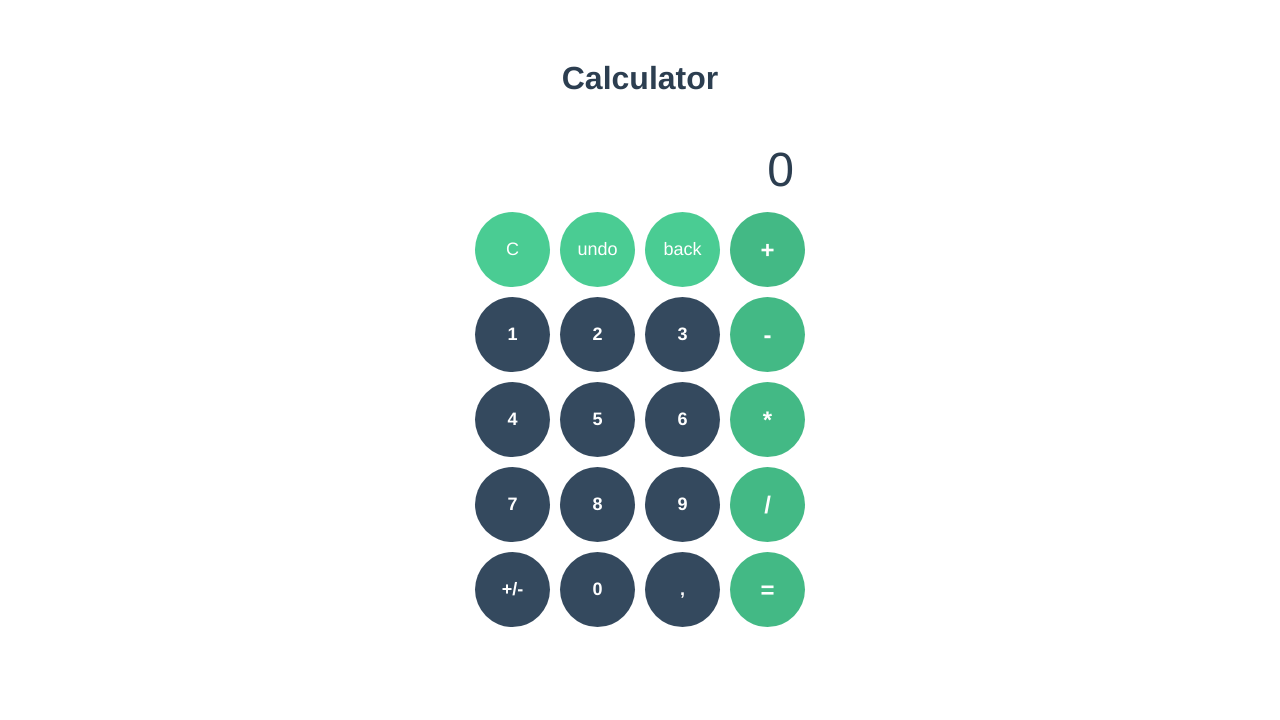
Repository: YuriBendzo/CalculatorVue
Page: /
An editor plug-in stored every save of this project. The page is shown before and after the next save, followed by the edit.
The browser window is 1280 px wide. The pictures show the whole page.
The project was rebuilt for these pictures with package versions that can differ from the ones it lists, and the page was loaded fresh each time. Also part of the build but not shown: vue.config.js.

Above is the page before, as saved 2022-08-23 13:57:48.

### src/router/index.js
import { createRouter, createWebHashHistory } from "vue-router";

import HomePage from "@/views/HomePage";

const routes = [{ path: "/", component: HomePage, name: "home" }];

const router = createRouter({
  history: createWebHashHistory(),
  routes,
});

export default router;

### src/store/index.js
import { createStore } from "vuex";

const store = createStore({
  state: {
    calculations: [
      { firstNumber: 0, operator: "+", secondNumber: 0, answer: 0 },
    ],
    calcHistory: [],
  },
  getters: {
    lastAnswer: (state) => {
      return state.calculations[state.calculations.length - 1].answer;
    },
    calcHistory: (state) => {
      return state.calcHistory;
    },
  },
  mutations: {
    PUSH_TO_LOG(state, calculation) {
      state.calculations.push(calculation);
      state.calcHistory.push(calculation.answer);
      console.log(state.calcHistory);
    },
  },
  actions: {
    calculate({ commit }, { firstNumber, operator, secondNumber }) {
      if (operator === null) {
        operator = "+";
      }

      let answer;
      switch (operator) {
        case "+":
          answer = firstNumber + secondNumber;
          break;
        case "-":
          answer = firstNumber - secondNumber;
          break;
        case "x":
          answer = firstNumber * secondNumber;
          break;
        case "/":
          answer = firstNumber / secondNumber;
          break;
      }

      if (answer !== 0 && !parseFloat(answer)) {
        console.log("Unable to calculate...");
        return Promise.reject(new Error("Not a number"));
      }

      const calc = {
        firstNumber: firstNumber,
        operator: operator,
        secondNumber: secondNumber,
        answer: answer,
      };

      console.log(calc);

      commit("PUSH_TO_LOG", calc);
    },
  },
});

export default store;

### src/views/HomePage/index.vue
<template>
  <div>
    <h1>Calculator</h1>
    <calculator-comp />
  </div>
</template>

<script>
import CalculatorComp from "@/components/CalculatorComp.vue";
export default {
  name: "HomePage",
  components: {
    CalculatorComp,
  },
};
</script>

<style lang="scss" scoped></style>

### src/components/CalculatorComp.vue
<template>
  <div class="container">
    <div class="calculator__container">
      <p class="display">{{ this.displayValue }}</p>
      <div class="button__grid">
        <!-- first row -->
        <button
          class="calculator__btn function-button"
          @click="this.clearCalculator"
        >
          C
        </button>
        <button
          class="calculator__btn function-button"
          @click="this.useLastAnswer"
        >
          undo
        </button>
        <button class="calculator__btn function-button" @click="backspace">
          back
        </button>
        <button
          class="calculator__btn operation-button"
          :class="{ 'operation-button-selected': operator === '+' }"
          @click="applyOperator('+')"
        >
          +
        </button>
        <!-- second row -->
        <button class="calculator__btn" @click="this.appendToDisplay('1')">
          1
        </button>
        <button class="calculator__btn" @click="this.appendToDisplay('2')">
          2
        </button>
        <button class="calculator__btn" @click="this.appendToDisplay('3')">
          3
        </button>
        <button
          class="calculator__btn operation-button"
          :class="{ 'operation-button-selected': operator === '-' }"
          @click="applyOperator('-')"
        >
          -
        </button>
        <!-- third row -->
        <button class="calculator__btn" @click="this.appendToDisplay('4')">
          4
        </button>
        <button class="calculator__btn" @click="this.appendToDisplay('5')">
          5
        </button>
        <button class="calculator__btn" @click="this.appendToDisplay('6')">
          6
        </button>
        <button
          class="calculator__btn operation-button"
          :class="{ 'operation-button-selected': operator === 'x' }"
          @click="applyOperator('x')"
        >
          *
        </button>
        <!-- fourth row -->
        <button class="calculator__btn" @click="this.appendToDisplay('7')">
          7
        </button>
        <button class="calculator__btn" @click="this.appendToDisplay('8')">
          8
        </button>
        <button class="calculator__btn" @click="this.appendToDisplay('9')">
          9
        </button>
        <button
          class="calculator__btn operation-button"
          :class="{ 'operation-button-selected': operator === '/' }"
          @click="applyOperator('/')"
        >
          /
        </button>
        <!-- fifth row -->
        <button class="calculator__btn" @click="this.invertDisplayValue">
          +/-
        </button>
        <button class="calculator__btn" @click="this.appendToDisplay('0')">
          0
        </button>
        <button class="calculator__btn" @click="this.appendToDisplay('.')">
          ,
        </button>
        <button
          class="calculator__btn operation-button"
          @click="this.equalsButton"
        >
          =
        </button>
      </div>
    </div>
  </div>
</template>

<script>
import { mapGetters } from "vuex";
export default {
  name: "CalculatorComp",
  data() {
    return {
      displayValue: 0,
      operator: null,
      firstNumber: 0,
      secondNumber: 0,
      clearDisplayNext: false,
      count: 0,
    };
  },
  computed: {
    ...mapGetters(["calcHistory"]),

    calculations() {
      return this.$store.state.calculations;
    },
    lastAnswer() {
      return this.$store.getters.lastAnswer;
    },
  },
  methods: {
    appendToDisplay(char) {
      if (this.clearDisplayNext) {
        this.clearDisplay();
      }

      if (char == "." && this.displayValue.includes(".")) {
        return;
      }

      if (this.displayValue == "0" && char != ".") {
        this.displayValue = char;
      } else {
        this.displayValue += char;
      }
    },
    backspace() {
      if (this.clearDisplayNext) {
        this.clearDisplay();
      }

      this.displayValue = (this.displayValue + "").slice(0, -1);

      if ((this.displayValue + "").length === 0 || this.displayValue == "-") {
        this.clearDisplay();
      }
    },
    clearDisplay() {
      this.displayValue = 0;
      this.clearDisplayNext = false;
    },
    clearCalculator() {
      this.clearDisplay();
      this.clearCalculation();
    },
    clearCalculation() {
      this.operator = null;
      this.firstNumber = 0;
      this.secondNumber = 0;
    },
    invertDisplayValue() {
      if (this.clearDisplayNext) {
        this.clearDisplay();
      }

      if (this.displayValue.startsWith("-")) {
        this.displayValue = this.displayValue.slice(
          1,
          this.displayValue.length
        );
      } else {
        this.displayValue = "-" + this.displayValue;
      }
    },
    applyOperator(operator) {
      const operatorExist = this.operator !== null;
      const currentNumber = parseFloat(this.displayValue);

      if (!operatorExist) {
        this.clearDisplay();
        this.firstNumber = currentNumber;
        this.operator = operator;
      } else {
        this.secondNumber = currentNumber;
        this.calculate();
        this.firstNumber = this.lastAnswer;
        this.operator = operator;
        this.clearDisplayNext = true;
      }
    },
    equalsButton() {
      this.secondNumber = parseFloat(this.displayValue);
      this.calculate();
      this.clearCalculation();
      this.clearDisplayNext = true;
    },
    calculate() {
      this.$store
        .dispatch("calculate", {
          firstNumber: this.firstNumber,
          secondNumber: this.secondNumber,
          operator: this.operator,
        })
        .then(() => {
          this.displayValue = this.lastAnswer;
        })
        .catch((error) => {
          this.displayValue = error;
          this.clearDisplayNext = true;
        });
    },
    useLastAnswer() {
      console.log(this.calcHistory);
      this.count--;
      // if (this.calcHistory.length === 0) {
      //   this.displayValue = 0;
      if (this.calcHistory.length + this.count >= 0) {
        this.displayValue =
          this.calcHistory[this.calcHistory.length + this.count];
        console.log(this.displayValue);
      } else {
        this.displayValue = 0;
      }
    },
  },
};
</script>

<style lang="scss" scoped>
.calculator {
  &__container {
    padding: 8px;
    margin: auto;
    width: 340px;
  }
  &__btn {
    height: 75px;
    background-color: #34495e;
    border: none;
    color: #fff;
    font-family: Avenir, Helvetica, Arial, sans-serif;
    font-size: 18px;
    -webkit-font-smoothing: antialiased;
    border-radius: 100%;
    margin: 5px;
    font-weight: bold;
    &:hover {
      filter: brightness(85%);
      cursor: pointer;
    }
    &:active {
      filter: brightness(55%);
      cursor: pointer;
    }
  }
}
.display {
  resize: none;
  border: none;
  text-align: right;
  font-family: Avenir, Helvetica, Arial, sans-serif;
  font-size: 48px;
  margin: 16px 16px 10px 10px;
  max-width: 100%;
  overflow-x: scroll;
}
.display::-webkit-scrollbar {
  display: none;
}
.button__grid {
  display: grid;
  grid-template-columns: 25% 25% 25% 25%;
}
.operation-button {
  background-color: #43b985;
  font-size: 24px;
  &-selected {
    background-color: #73d9ab;
    font-size: 24px;
  }
}
.function-button {
  background-color: #4acc93;
  font-weight: normal;
}
</style>

Loaded but not shown: public/index.html (common file); src/main.js (common file); src/App.vue (common file)

After the next save:
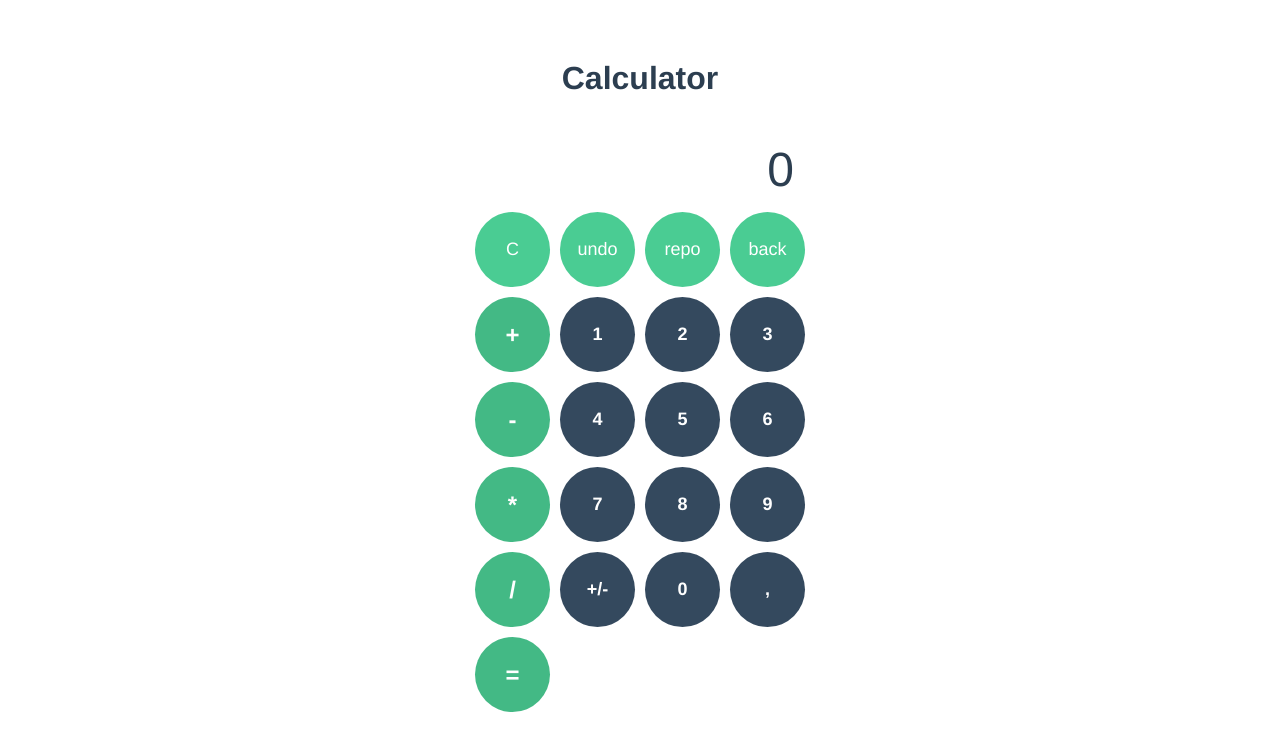
Saved 117 s later.
--- a/src/components/CalculatorComp.vue
+++ b/src/components/CalculatorComp.vue
@@ -15,6 +15,12 @@
           @click="this.useLastAnswer"
         >
           undo
+        </button>
+        <button
+          class="calculator__btn function-button"
+          @click="this.useLastAnswer"
+        >
+          repo
         </button>
         <button class="calculator__btn function-button" @click="backspace">
           back
@@ -216,8 +222,6 @@
     useLastAnswer() {
       console.log(this.calcHistory);
       this.count--;
-      // if (this.calcHistory.length === 0) {
-      //   this.displayValue = 0;
       if (this.calcHistory.length + this.count >= 0) {
         this.displayValue =
           this.calcHistory[this.calcHistory.length + this.count];

After the save that followed:
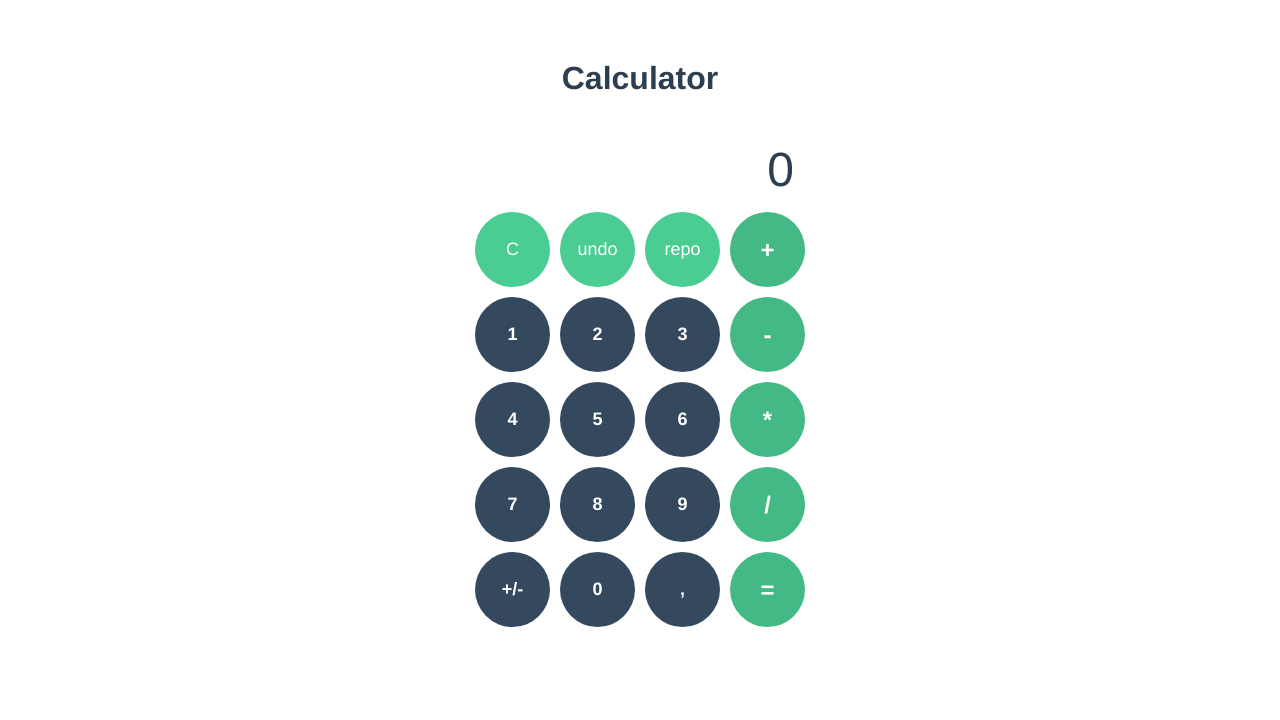
Saved 7 s later.
--- a/src/components/CalculatorComp.vue
+++ b/src/components/CalculatorComp.vue
@@ -22,9 +22,9 @@
         >
           repo
         </button>
-        <button class="calculator__btn function-button" @click="backspace">
+        <!-- <button class="calculator__btn function-button" @click="backspace">
           back
-        </button>
+        </button> -->
         <button
           class="calculator__btn operation-button"
           :class="{ 'operation-button-selected': operator === '+' }"
